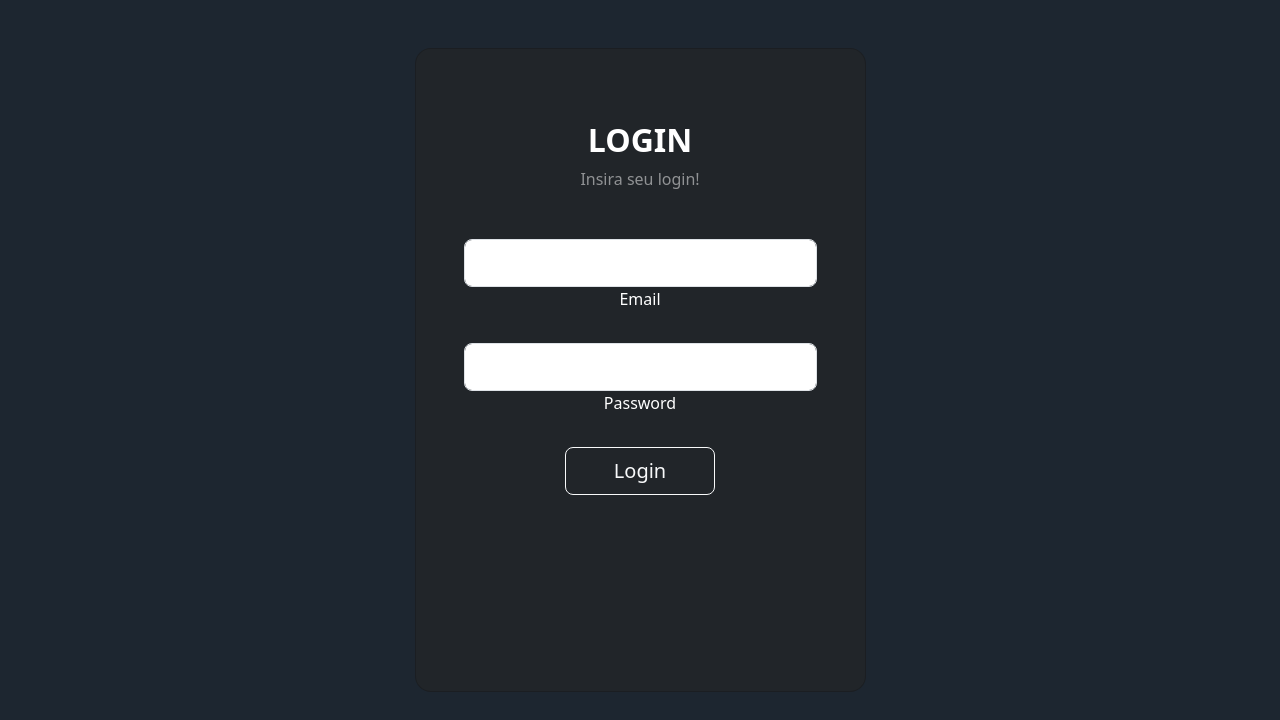
Repository: mateusilva8/tarefa-pix
Page: frontend/index.html
An editor plug-in stored every save of this project. The page is shown before and after a run of saves, followed by the edit.
The browser window is 1280 px wide. The pictures show the whole page.

Above is the page before, as saved 2023-10-04 21:46:00.

After the next 2 saves:
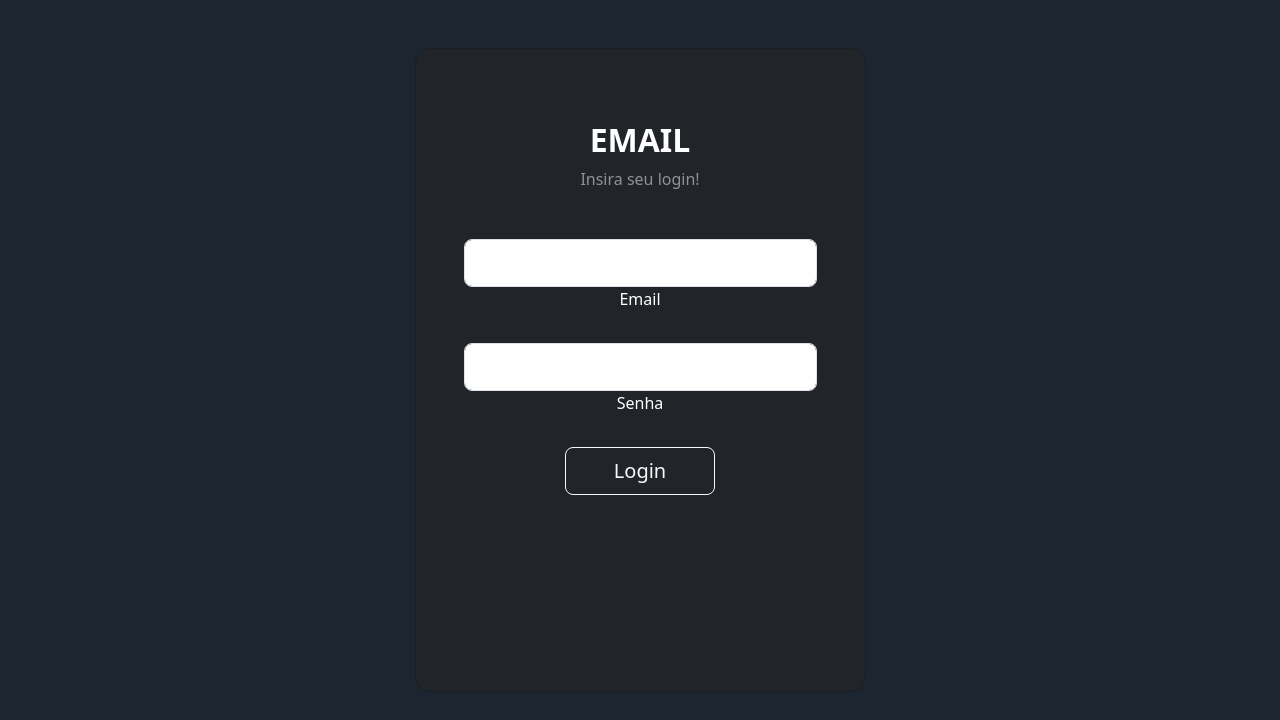
The 2 saves are shown as one change because they came seconds apart.
The last was saved 3 min 1 s later.
--- a/frontend/index.html
+++ b/frontend/index.html
@@ -24,7 +24,7 @@
             <div class="card bg-dark text-white" style="border-radius: 1rem">
               <div class="card-body p-5 text-center">
                 <div class="mb-md-5 mt-md-4 pb-5">
-                  <h2 class="fw-bold mb-2 text-uppercase">Login</h2>
+                  <h2 class="fw-bold mb-2 text-uppercase">Email</h2>
                   <p class="text-white-50 mb-5">Insira seu login!</p>
 
                   <div class="form-outline form-white mb-4">
@@ -42,9 +42,7 @@
                       id="typePasswordX"
                       class="form-control form-control-lg"
                     />
-                    <label class="form-label" for="typePasswordX"
-                      >Password</label
-                    >
+                    <label class="form-label" for="typePasswordX">Senha</label>
                   </div>
 
                   <button
